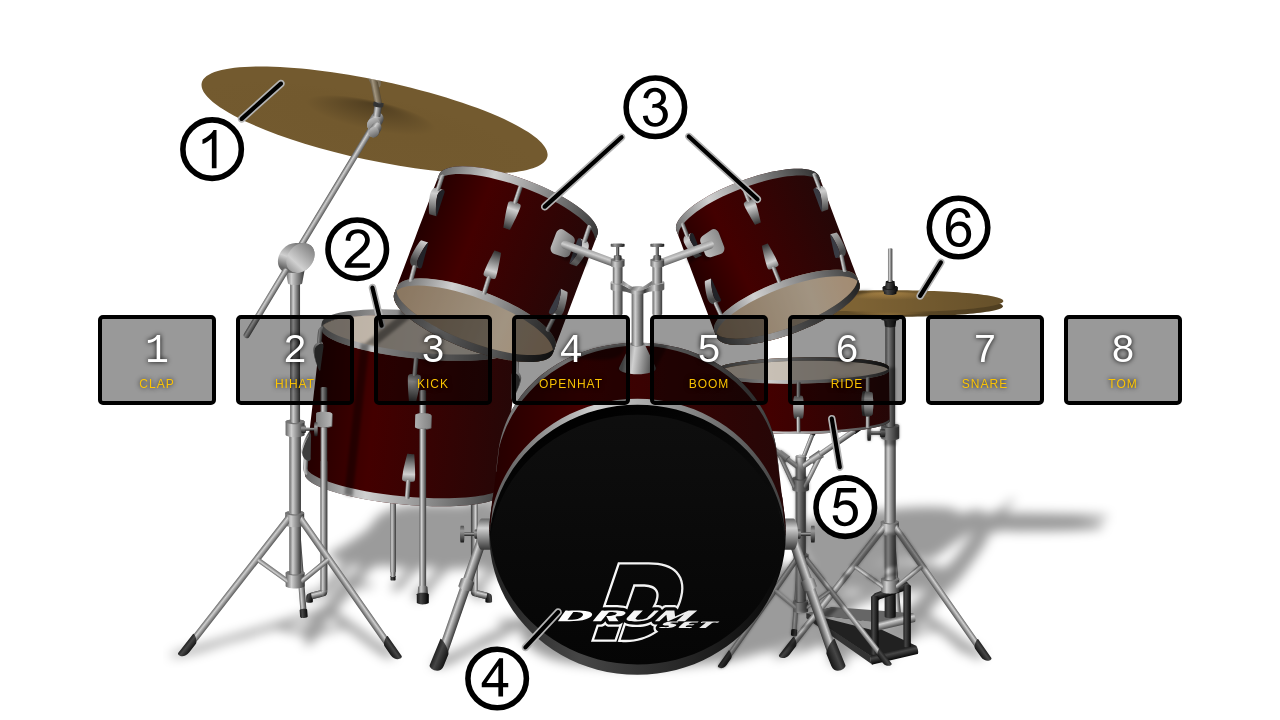
Repository: polishchuk404/drum-kit
Page: index.html
These files come from the project's save history. The page is drawn as it stood at one moment and after the next save; the edit follows.
The browser window is 1280 px wide. The pictures show the whole page.

Above is the page before, as saved 2020-10-08 18:17:31.

After the next save:
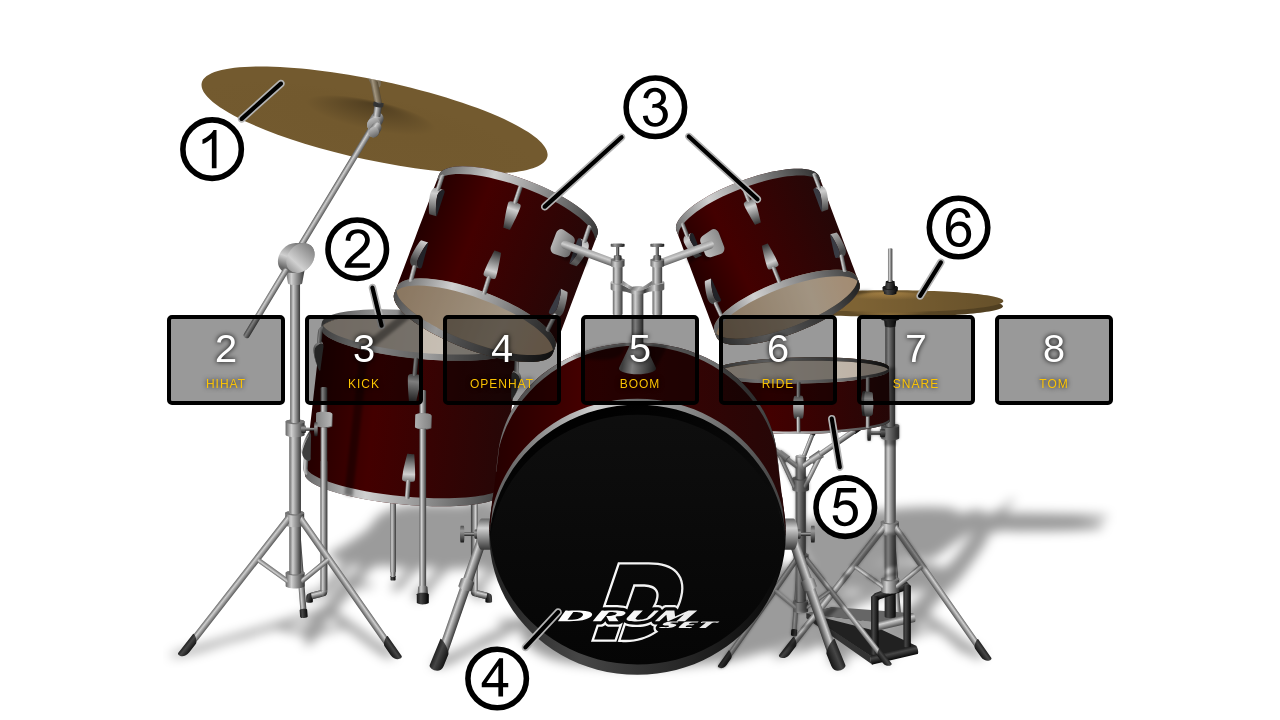
Saved 3 days later.
--- a/index.html
+++ b/index.html
@@ -9,10 +9,10 @@
 
 
   <div class="keys">
-    <div data-key="97" class="key">
+    <!-- <div data-key="97" class="key">
       <kbd>1</kbd>
       <span class="sound">clap</span>
-    </div>
+    </div> -->
     <div data-key="98" class="key">
       <kbd>2</kbd>
       <span class="sound">hihat</span>
@@ -43,7 +43,7 @@
     </div>
   </div>
 
-  <audio data-key="97" src="./sounds/clap.wav"></audio>
+  <!-- <audio data-key="97" src="./sounds/clap.wav"></audio> -->
   <audio data-key="98" src="./sounds/hihat.wav"></audio>
   <audio data-key="99" src="./sounds/kick.wav"></audio>
   <audio data-key="100" src="./sounds/openhat.wav"></audio>
